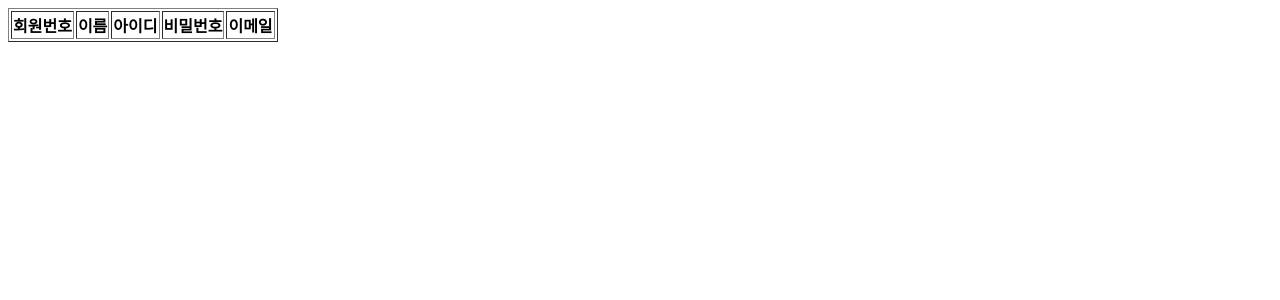
Repository: Heo-sh/Web_Development
Page: http://localhost/Ex_0418_Member/member.jsp
These files come from the project's save history. The page is drawn as it stood at one moment and after the next save; the edit follows.
The browser window is 1280 px wide. The pictures show the whole page.
The page is served by Tomcat 9. Other server files are loaded and not shown. Queries for data that is not in the repository find no rows.

Above is the page before, as saved 2023-04-18 07:18:44.

### Ex_0418_Member/WebContent/member.jsp
<%@page import="vo.MemberVO"%>
<%@page import="java.util.List"%>
<%@page import="dao.MemberDAO"%>
<%@ page language="java" contentType="text/html; charset=UTF-8"
    pageEncoding="UTF-8"%>
<%
	List<MemberVO> list = MemberDAO.getInstance().selectList();
%>
<!DOCTYPE html>
	<html>
	<head>
		<meta charset="UTF-8">
		<title>Insert title here</title>
	</head>
	<body>
		<table border="1">
			<tr>
				<th>회원번호</th>
				<th>이름</th>
				<th>아이디</th>
				<th>비밀번호</th>
				<th>이메일</th>
			</tr>
			<% for (int i = 0; i < list.size(); i++) {
						MemberVO vo = list.get(i);
			%>
			<tr>
				<td><%= vo.getIdx() %></td>
				<td><%= vo.getName() %></td>
				<td><%= vo.getId() %></td>
				<td><%= vo.getPw() %></td>
				<td><%= vo.getEmail() %></td>
			</tr>
			<%} %>
		</table>
	</body>
</html>

### Ex_0418_Member/src/dao/MemberDAO.java
package dao;

import java.sql.Connection;
import java.sql.PreparedStatement;
import java.sql.ResultSet;
import java.sql.SQLException;
import java.util.ArrayList;
import java.util.List;

import service.DBService;
import vo.MemberVO;

public class MemberDAO {
	// single-ton pattern:
	// 객체1개만생성해서 지속적으로 서비스하자
	static MemberDAO single = null;

	public static MemberDAO getInstance() {
		//생성되지 않았으면 생성
		if (single == null)
			single = new MemberDAO();
		//생성된 객체정보를 반환
		return single;
	}

	public List<MemberVO> selectList() {

		List<MemberVO> list = new ArrayList<MemberVO>();
		Connection conn = null;
		PreparedStatement pstmt = null;
		ResultSet rs = null;
		String sql = "select * from member";

		try {
			//1.Connection얻어온다
			conn = DBService.getInstance().getConnection();
			//2.명령처리객체정보를 얻어오기
			pstmt = conn.prepareStatement(sql);

			//3.결과행 처리객체 얻어오기
			rs = pstmt.executeQuery();

			while (rs.next()) {
				MemberVO vo = new MemberVO();
				//현재레코드값=>Vo저장
				vo.setIdx(rs.getInt("idx"));
				vo.setId(rs.getString("id"));
				vo.setName(rs.getString("name"));
				vo.setPw(rs.getString("pw"));
				vo.setEmail(rs.getString("email"));

				//ArrayList추가
				list.add(vo);
			}

		} catch (Exception e) {
			// TODO: handle exception
			e.printStackTrace();
		} finally {

			try {
				if (rs != null)
					rs.close();
				if (pstmt != null)
					pstmt.close();
				if (conn != null)
					conn.close();
			} catch (SQLException e) {
				// TODO Auto-generated catch block
				e.printStackTrace();
			}
		}

		return list;
	}
}

### Ex_0418_Member/src/service/DBService.java
package service;

import java.sql.Connection;
import java.sql.SQLException;

import javax.naming.Context;
import javax.naming.InitialContext;
import javax.naming.NamingException;
import javax.sql.DataSource;

public class DBService {
//	multi - 본인만의 축약어를 만들 수 있다.
//	window -> preperence -> java -> template -> new
//	for (int i = 0; i < argType; i++) {
//		for (int j = 0; j < argType; j++) {
//
//		}
//	}


//	DB접속을 위한 코드를 위한 class

	//single-ton pattern:
	//객체1개만생성해서 지속적으로 서비스하자
	//- jsp파일을 생성하고 DB에 접속하려고 할 때마다 객체들을 생성하여 메모리를 점유해야한다.
	//  -> 코드를 매번 작성해야 하고 비효율적이기에 single-ton pattern을 이용한다.
	//- 어플리케이션이 시작될 때 어떤 클래스가 최초 한번만 메모리를 할당하고(static의 개념)
	//  그 메모리에 인스턴스를 만들어 사용하는 디자인 패턴
	//- DB를 접속할 때처럼 공통된 객체를 여러 개 생성해서 사용해야 하는 상황에 많이 사용
	static DBService single = null;

	public static DBService getInstance() { //static으로 만들어진 객체는 new를 쓰지 않아도 불러올 수 있다.
		//생성되지 않았으면 생성
		if (single == null) //메모리를 점유하고 있지 않다면
			single = new DBService(); //객체를 생성하라
		//생성된 객체정보를 반환
		return single; //single: DB 접속 관련 정보가 들어가 있다.
	}

	DataSource ds; //생성자 밖에서도 써야하기에 바깥으로 빼둠

	public DBService() {
		try {
			InitialContext ic = new InitialContext();
			Context ctx = (Context)ic.lookup("java:comp/env");
			ds = (DataSource)ctx.lookup("jdbc/oracle_test");

		} catch (NamingException e) {
			// TODO Auto-generated catch block
			e.printStackTrace();
		}
	}

	public Connection getConnection() {
		Connection conn = null;

		try {
			conn = ds.getConnection();
		} catch (SQLException e) {
			// TODO Auto-generated catch block
			e.printStackTrace();
		}

		return conn;
	}

}

After the next save:
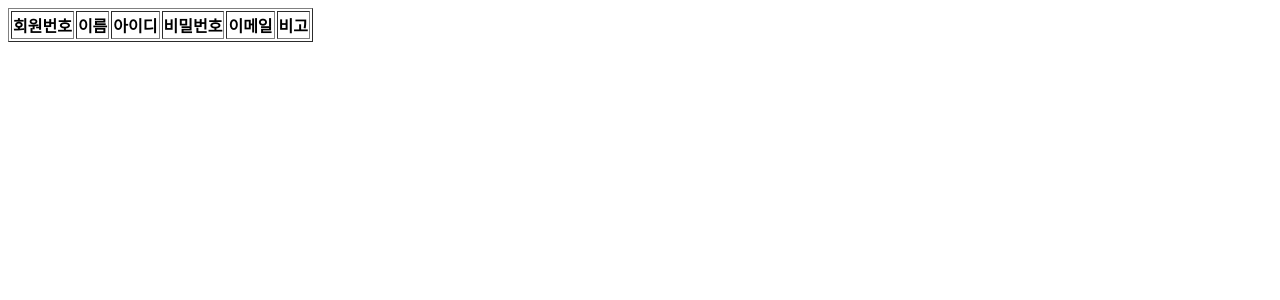
Saved 22 s later.
--- a/Ex_0418_Member/WebContent/member.jsp
+++ b/Ex_0418_Member/WebContent/member.jsp
@@ -20,6 +20,7 @@
 				<th>아이디</th>
 				<th>비밀번호</th>
 				<th>이메일</th>
+				<th>비고</th>
 			</tr>
 			<% for (int i = 0; i < list.size(); i++) {
 						MemberVO vo = list.get(i);
